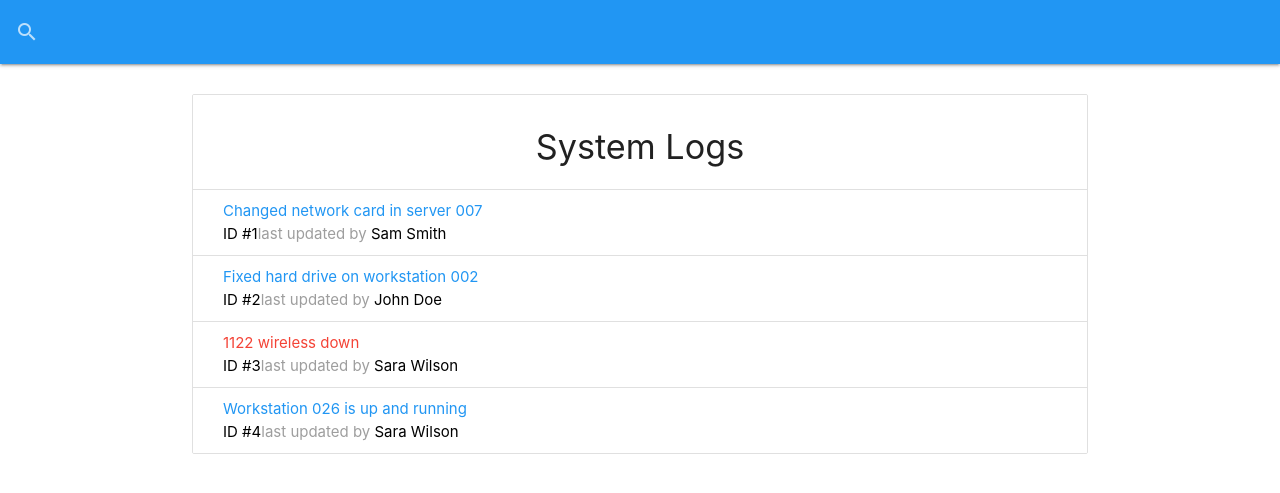
Repository: faraznisar/It-Logger
Page: /
The author's editor kept a copy of each file at every save. The page is drawn from the files as they stood at one save, then again after the next save.
The browser window is 1280 px wide. The pictures show the whole page.
The project was rebuilt for these pictures with package versions that can differ from the ones it lists, and the page was loaded fresh each time. Requests to the local data server were answered from the project's data file. Also part of the build but not shown: src/App.css.

Above is the page before, as saved 2020-08-15 15:51:43.

### public/index.html
<!DOCTYPE html>
<html lang="en">
  <head>
    <meta charset="utf-8" />
    <meta name="viewport" content="width=device-width, initial-scale=1" />
    <meta name="theme-color" content="#000000" />
    <meta
      name="description"
      content="Web site created using create-react-app"
    />
    <link
      href="https://fonts.googleapis.com/icon?family=Material+Icons"
      rel="stylesheet"
    />

    <title>IT Logger</title>
  </head>
  <body>
    <noscript>You need to enable JavaScript to run this app.</noscript>
    <div id="root"></div>
  </body>
</html>

### src/App.js
import React, { useEffect, Fragment } from "react";
import "materialize-css/dist/css/materialize.min.css";
import M from "materialize-css/dist/js/materialize.min.js";
import "./App.css";

import SearchBar from "./components/layout/SearchBar";
import Logs from "./components/logs/Logs";

function App() {
  useEffect(() => {
    M.AutoInit();
  });
  return (
    <Fragment>
      <SearchBar />
      <div className="container">
        <Logs />
      </div>
    </Fragment>
  );
}

export default App;

### src/components/layout/SearchBar.js
import React from "react";

const SearchBar = () => {
  return (
    <nav style={{ marginBottom: "30px" }} className="blue">
      <div className="nav-wrapper">
        <form>
          <div className="input-field">
            <input id="search" type="search" />
            <label className="label-icon" htmlFor="search">
              <i className="material-icons">search</i>
            </label>
            <i className="material-icons">close</i>
          </div>
        </form>
      </div>
    </nav>
  );
};

export default SearchBar;

### src/components/logs/Logs.js
import React, { useState, useEffect } from "react";

import LogItem from "./LogItem";
const Logs = () => {
  const [logs, setLogs] = useState([]);

  const [loading, setLoading] = useState(false);

  useEffect(() => {
    getLogs();
    //eslint-disable-next-line
  }, []);

  const getLogs = async () => {
    setLoading(true);
    const res = await fetch("/logs");
    const data = await res.json();

    setLogs(data);
    setLoading(false);
  };

  if (loading) {
    return <h4>Loading...</h4>;
  }
  return (
    <ul className="collection with-header">
      <li className="collection-header">
        <h4 className="center">System Logs</h4>
      </li>
      {!loading && logs.length === 0 ? (
        <p className="center">No logs to display...</p>
      ) : (
        logs.map((log) => <LogItem log={log} key={log.id} />)
      )}
    </ul>
  );
};

export default Logs;

### src/components/logs/LogItem.js
import React from "react";
import PropTypes from "prop-types";
import moment from "react-moment";

const LogItem = ({ log }) => {
  return (
    <li className="collection-item">
      <div>
        <a
          href="#edit-log-modal"
          className={`modal-trigger ${
            log.attention ? "red-text" : "blue-text"
          }`}
        >
          {log.message}
        </a>
        <br />
        <span className="grey-text">
          <span className="black-text">ID #{log.id}</span>
          last updated by <span className="black-text">{log.tech}</span>
        </span>
      </div>
    </li>
  );
};

LogItem.propTypes = {
  log: PropTypes.object.isRequired,
};

export default LogItem;

### db.json
{
  "logs": [
    {
      "message": "Changed network card in server 007",
      "attention": false,
      "tech": "Sam Smith",
      "date": "2019-05-31T15:46:10.179Z",
      "id": 1
    },
    {
      "id": 2,
      "message": "Fixed hard drive on workstation 002",
      "attention": false,
      "tech": "John Doe",
      "date": "2019-05-31T16:18:04.245Z"
    },
    {
      "message": "1122 wireless down",
      "attention": true,
      "tech": "Sara Wilson",
      "date": "2019-05-31T15:46:48.690Z",
      "id": 3
    },
    {
      "id": 4,
      "message": "Workstation 026 is up and running",
      "attention": false,
      "tech": "Sara Wilson",
      "date": "2019-05-31T19:57:35.544Z"
    }
  ],
  "techs": [
    {
      "id": 1,
      "firstName": "John",
      "lastName": "Doe"
    },
    {
      "id": 2,
      "firstName": "Sam",
      "lastName": "Smith"
    },
    {
      "id": 3,
      "firstName": "Sara",
      "lastName": "Wilson"
    },
    {
      "firstName": "Faraz",
      "lastName": "Shah",
      "id": 4
    }
  ]
}

Loaded but not shown: src/index.js (common file)

After the next save:
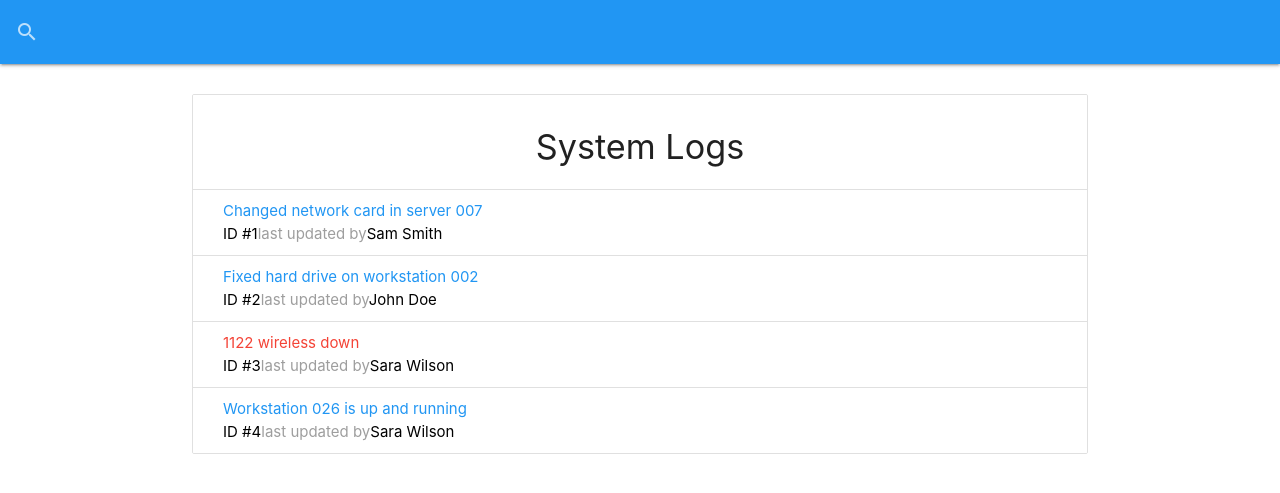
Saved 25 s later.
--- a/src/components/logs/LogItem.js
+++ b/src/components/logs/LogItem.js
@@ -17,7 +17,7 @@
         <br />
         <span className="grey-text">
           <span className="black-text">ID #{log.id}</span>
-          last updated by <span className="black-text">{log.tech}</span>
+          last updated by<span className="black-text">{log.tech}</span>
         </span>
       </div>
     </li>

After the save that followed:
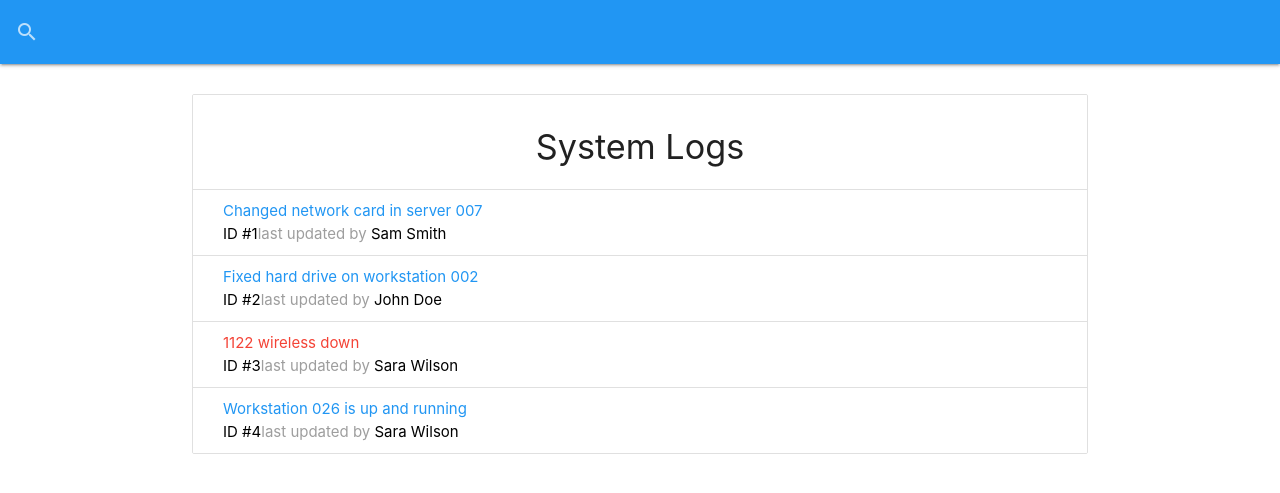
Saved 6 s later.
--- a/src/components/logs/LogItem.js
+++ b/src/components/logs/LogItem.js
@@ -17,7 +17,7 @@
         <br />
         <span className="grey-text">
           <span className="black-text">ID #{log.id}</span>
-          last updated by<span className="black-text">{log.tech}</span>
+          last updated by <span className="black-text">{log.tech}</span>
         </span>
       </div>
     </li>
